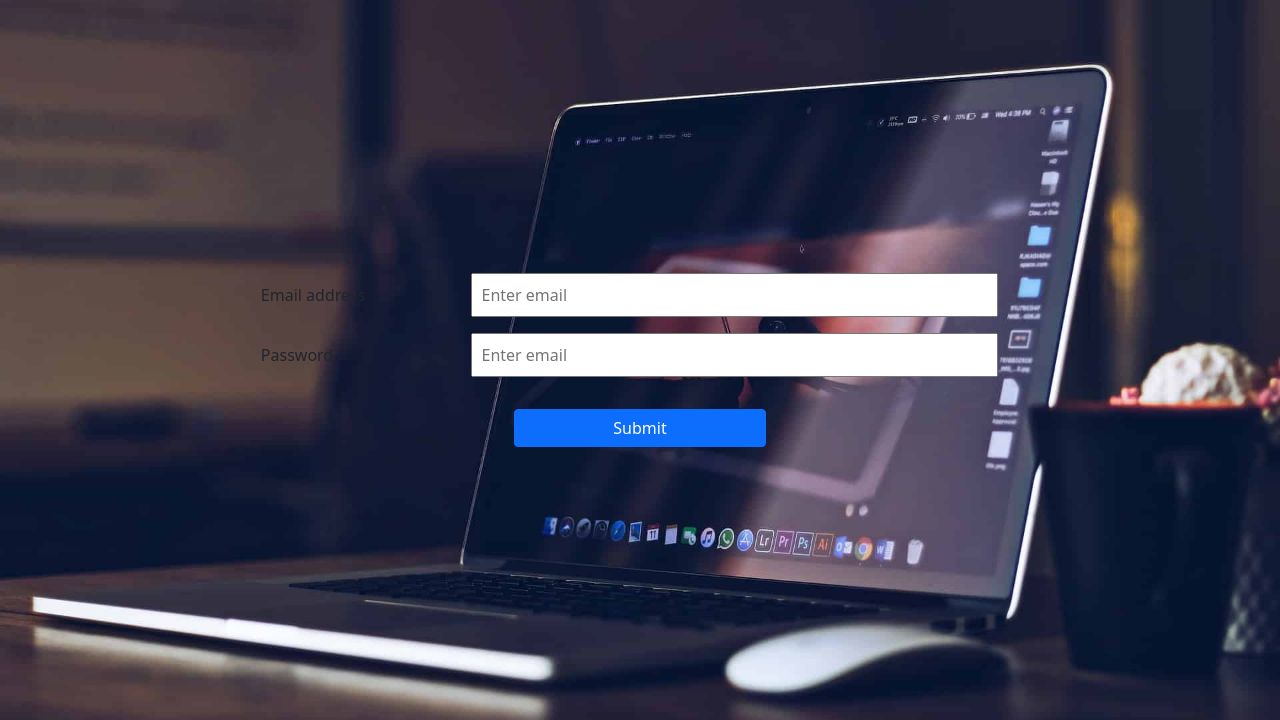
Repository: mariamkhaledsapra/E-Commerce-main
Page: /login
These files come from the project's save history. The page is drawn as it stood at one moment and after a run of saves; the edit follows.
The browser window is 1280 px wide. The pictures show the whole page.
The project was rebuilt for these pictures with package versions that can differ from the ones it lists, and the page was loaded fresh each time. Also part of the build but not shown: src/App.css, src/components/Navbar.jsx, src/App.js.

Above is the page before, as saved 2024-02-13 22:16:23.

### public/index.html
<!DOCTYPE html>
<html lang="en">
  <head>
    <meta charset="utf-8" />
    <link rel="icon" href="%PUBLIC_URL%/favicon.ico" />
    <meta name="viewport" content="width=device-width, initial-scale=1" />
    <meta name="theme-color" content="#000000" />
    <meta
      name="description"
      content="Web site created using create-react-app"
    />
    <link href="https://cdn.jsdelivr.net/npm/bootstrap@5.1.3/dist/css/bootstrap.min.css" rel="stylesheet" integrity="sha384-1BmE4kWBq78iYhFldvKuhfTAU6auU8tT94WrHftjDbrCEXSU1oBoqyl2QvZ6jIW3" crossorigin="anonymous">

    <title>React App</title>
  </head>
  <body>
    <div id="root"></div>
  </body>
</html>

### src/index.js
import React from "react";
import ReactDOM from "react-dom/client";
import "./index.css";
import App from "./App";
import reportWebVitals from "./reportWebVitals";
import { createBrowserRouter, RouterProvider } from "react-router-dom";
import Login from "./components/Login";
import Navbar from "./components/Navbar";

const Routes = createBrowserRouter([
  {
    path: "/",
    element: <App />,
  },
  {
    path: "/login",
    element: <Login />,
  },
]);

const root = ReactDOM.createRoot(document.getElementById("root"));
root.render(
  <RouterProvider router={Routes}>
    <App />
  </RouterProvider>
);

reportWebVitals();

### src/index.css
.login {
  display: flex;
background-image: url("./components/image/background.jpg");
background-repeat: no-repeat;

  background-size: cover;

  background-position: center;
  justify-content: center;

  align-items: center;

  height: 100vh;
  background-color: black;
  margin: 0;
}

### src/components/Login.jsx
import React from "react";

const Login = () => {
  return (
    <div className="login">
      <div className="form ">
        <form className="p-5 d-flex flex-wrap ">
          <div className="d-flex col-10 align-items-center">
            <label for="email" className="col-4">
              Email address
            </label>

            <input
              type="email"
              className="col-10 p-2"
              id="email"
              placeholder="Enter email"
            />
          </div>
          <div className="d-flex col-10 my-3 align-items-center">
            <label for="email" className="col-4">
              Password
            </label>

            <input
              type="email"
              className="col-10 p-2"
              id="email"
              placeholder="Enter email"
            />
          </div>

          <div className="col-12 d-flex mt-3 justify-content-center">
            {" "}
            <button type="submit" className="btn btn-primary col-4 ">
              Submit
            </button>
          </div>
        </form>
      </div>
    </div>
  );
};

export default Login;

Loaded but not shown: src/reportWebVitals.js (common file)

After the next 6 saves:
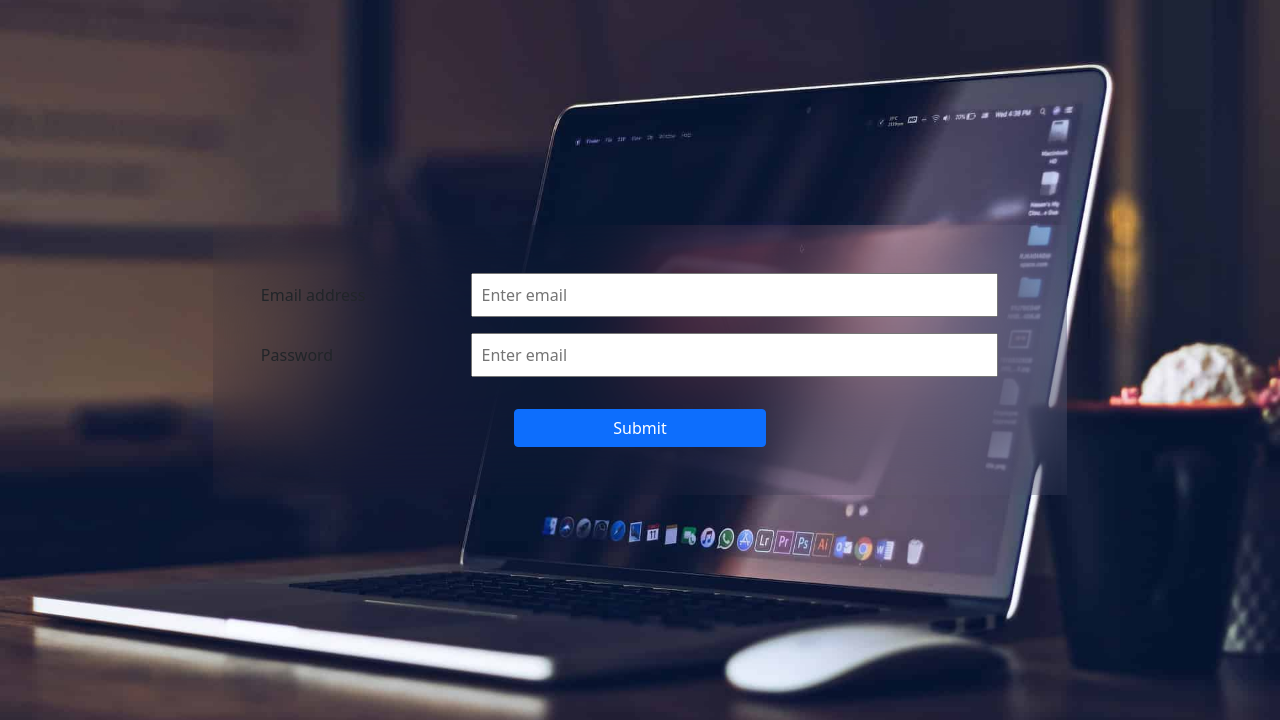
The 6 saves are shown as one change because they came seconds apart.
The last was saved 21 s later.
--- a/src/index.css
+++ b/src/index.css
@@ -14,3 +14,6 @@ background-repeat: no-repeat;
   background-color: black;
   margin: 0;
 }
+.form{
+  backdrop-filter: blur(50px);
+}
